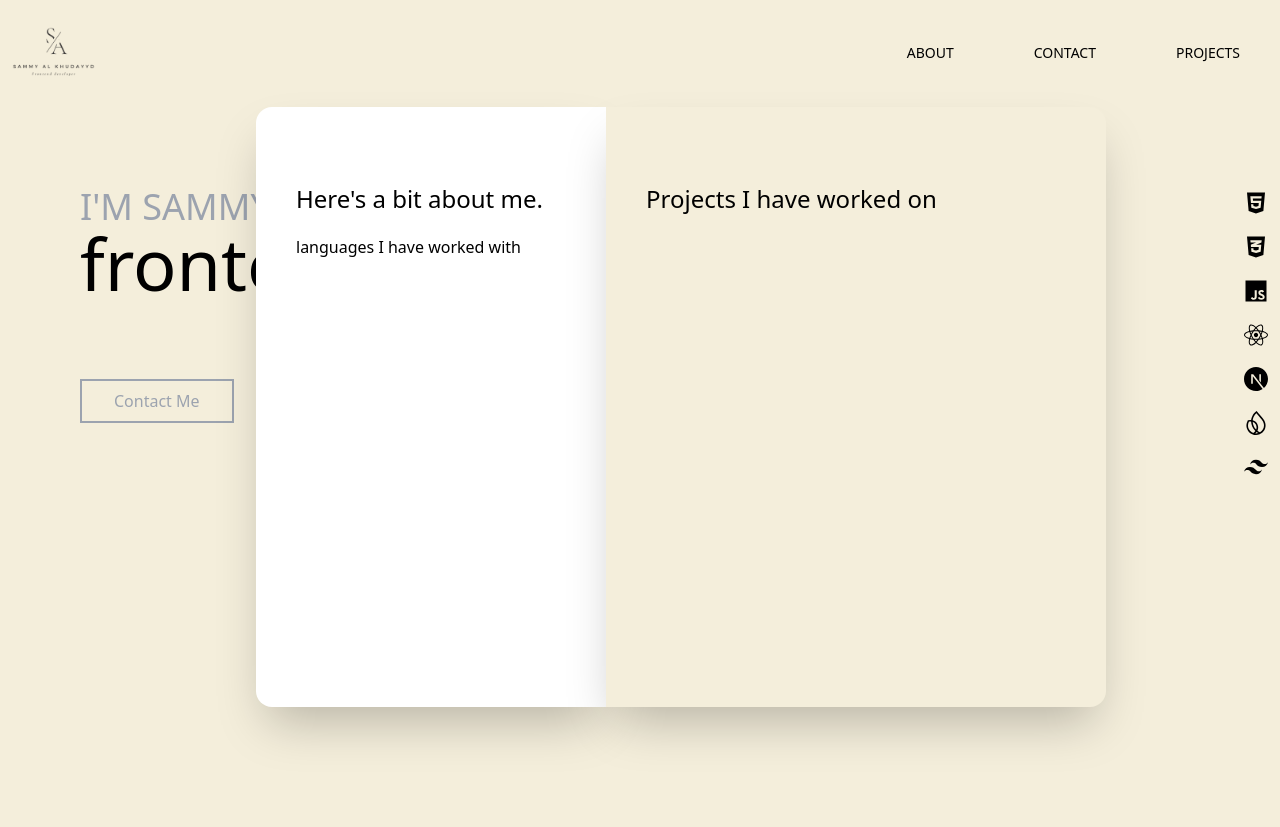
Repository: Al123Kudayyd/myportfolio
Page: /
The author's editor kept a copy of each file at every save. The page is drawn from the files as they stood at one save, then again after the next save.
The browser window is 1280 px wide. The pictures show the whole page.
The project was rebuilt for these pictures with package versions that can differ from the ones it lists, and the page was loaded fresh each time. Also part of the build but not shown: src/components/model.js.

Above is the page before, as saved 2024-02-21 13:56:11.

After the next save:
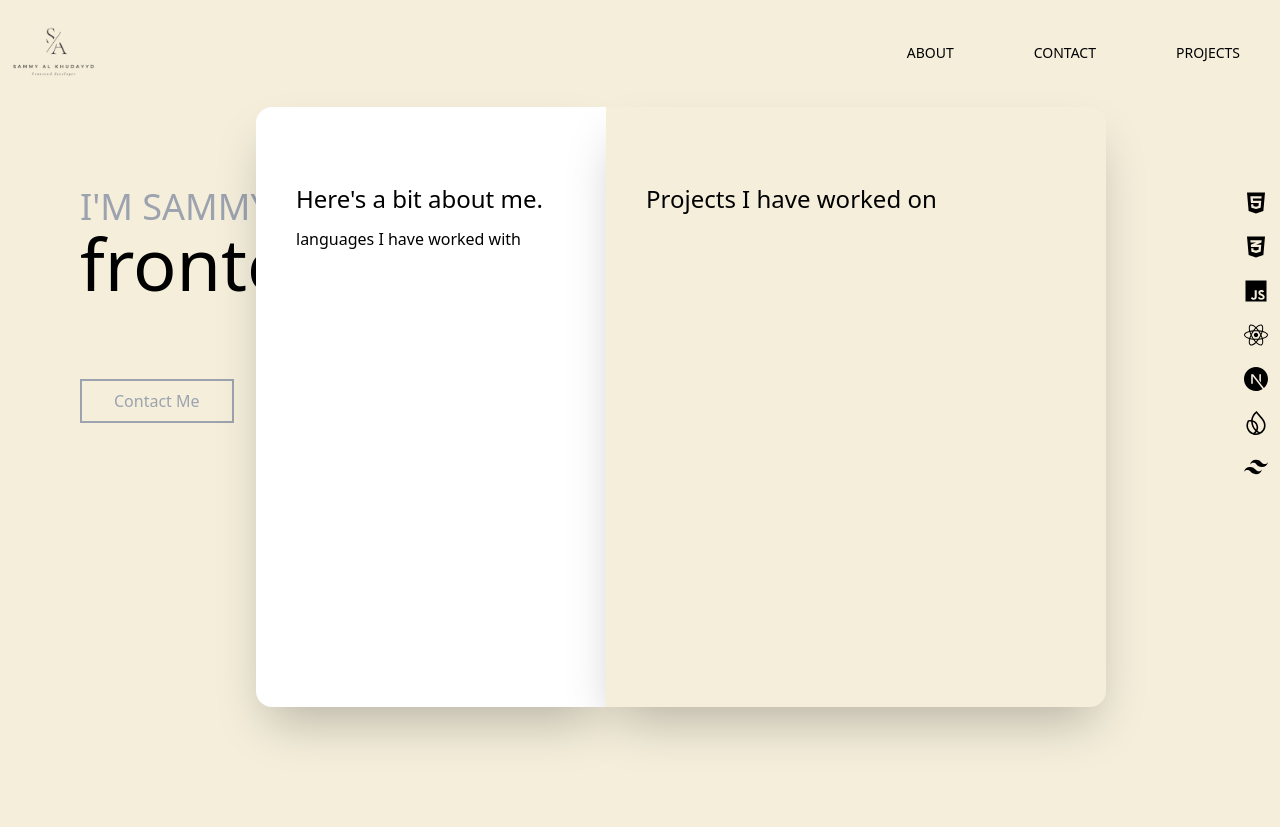
Saved 13 s later.
--- a/src/components/Projects.jsx
+++ b/src/components/Projects.jsx
@@ -7,7 +7,7 @@ function Projects() {
             <div className='shadow-2xl bg-white w-[350px] h-[600px] rounded-l-2xl'>
                 <div className='px-[40px] py-[76px]'>
                     <h1 className='text-2xl'>Here's a bit about me.</h1>
-                    <h3 className='text-md my-5'>languages I have worked with</h3>
+                    <h3 className='text-md my-3'>languages I have worked with</h3>
                 </div>
 
             </div>
